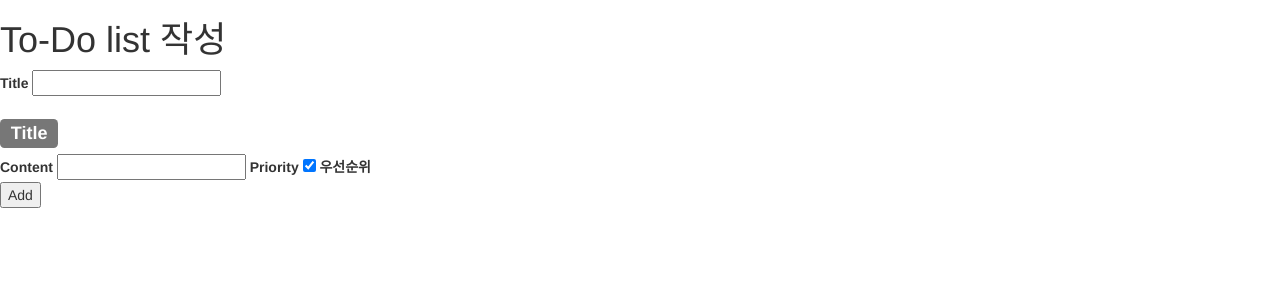
Repository: qudgns200/Toy_01_ToDoList
Page: http://localhost/ToDoList/jsp/writeForm.jsp
An editor plug-in stored every save of this project. The page is shown before and after the next save, followed by the edit.
The browser window is 1280 px wide. The pictures show the whole page.
The page is served by Tomcat 9. Nobody is signed in. The application's start-up code is not run. Other server files are loaded and not shown.

Above is the page before, as saved 2019-11-07 04:41:16.
Console error (its wording comes from the project's code and is left out).

### ToDoList/WebContent/jsp/writeForm.jsp
<%@ page language="java" contentType="text/html; charset=UTF-8"
	pageEncoding="UTF-8"%>
<!DOCTYPE html>
<html>
<head>
<meta charset="UTF-8">
<title>Insert title here</title>
<!--  Bootstrap -->
<link rel="stylesheet"
	href="https://maxcdn.bootstrapcdn.com/bootstrap/3.3.2/css/bootstrap.min.css">
<link rel="stylesheet"
	href="https://maxcdn.bootstrapcdn.com/bootstrap/3.3.2/css/bootstrap-theme.min.css">
<!--  --------- -->
</head>
<body>
	<h1>To-Do list 작성</h1>
	<form method="post" action="write.do">
		<div class="form-group">
			<label for="title">Title</label>
			<input type="text" name="title" id="title"/>
		</div>
		<h3>
			<span class="label label-default">Title</span> <span></span>
		</h3>

		<label>Content</label> <input type="text" name="content" id="content" />

		<label>Priority</label> <input type="checkbox" name="priority"
			id="priority" checked /> <label for="priority" id="laberP">우선순위</label>
		<br>

		<button type="submit">Add</button>

		<div class="spacer"></div>
	</form>

	<script
		src="https://maxcdn.bootstrapcdn.com/bootstrap/3.3.2/js/bootstrap.min.js"></script>
</body>
</html>

After the next save:
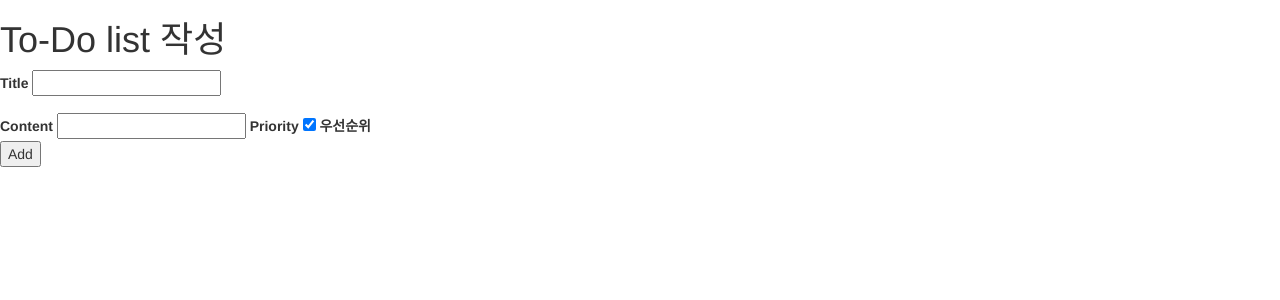
Saved 12 s later.
--- a/ToDoList/WebContent/jsp/writeForm.jsp
+++ b/ToDoList/WebContent/jsp/writeForm.jsp
@@ -19,9 +19,6 @@
 			<label for="title">Title</label>
 			<input type="text" name="title" id="title"/>
 		</div>
-		<h3>
-			<span class="label label-default">Title</span> <span></span>
-		</h3>
 
 		<label>Content</label> <input type="text" name="content" id="content" />
 
